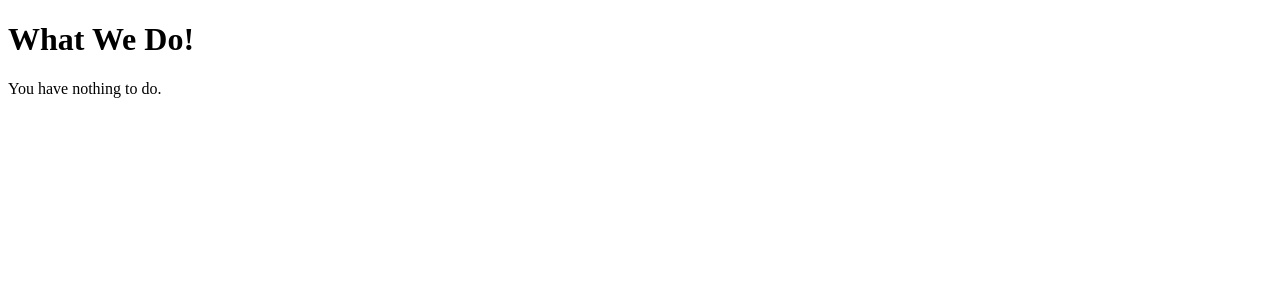
Repository: dennyshow/django_coding
Page: http://localhost/
The author's editor kept a record of every edit. The page is drawn from the files as they stood at one moment, then again after the next edit.
The browser window is 1280 px wide. The pictures show the whole page.
The page is served by the project's application, run on Django 2.2 (manage.py). Queries for data that is not in the repository find no rows.

Above is the page before.

After the next edit:
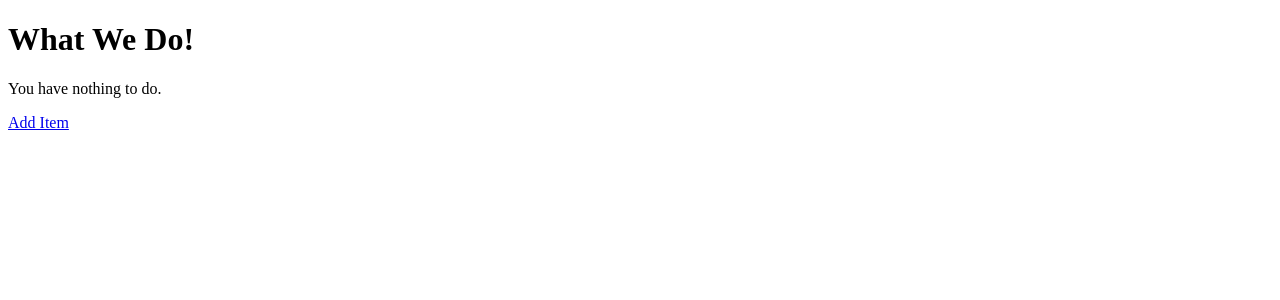
The edit:
--- a/tostart/templates/tostart_list.html
+++ b/tostart/templates/tostart_list.html
@@ -26,5 +26,7 @@
 
 
     </table>
+
+    <a href="add">Add Item</a>
 </body>
 </html>
